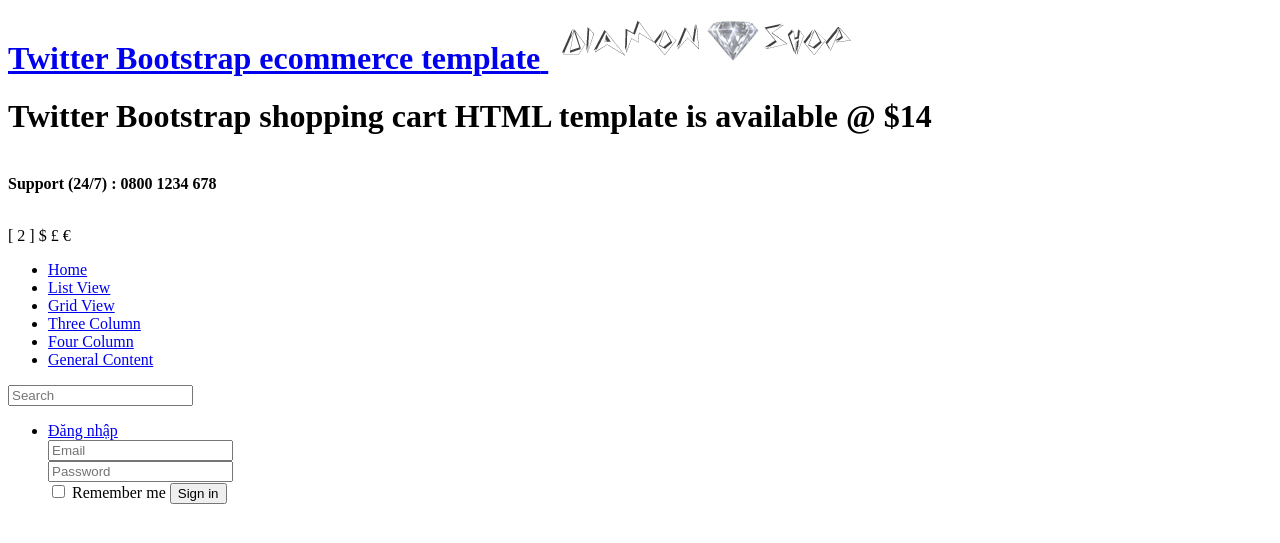
Repository: thanhcong246/web-spring
Page: http://localhost/shopbanhang/WEB-INF/views/layouts/user/header.jsp
The author's editor kept a copy of each file at every save. The page is drawn from the files as they stood at one save, then again after the next save.
The browser window is 1280 px wide. The pictures show the whole page.
The page is served by Tomcat 9. Nobody is signed in. The template is opened directly, without the code that normally fills it, so the values that code supplies are empty.

Above is the page before, as saved 2023-09-19 14:09:02.

After the next save:
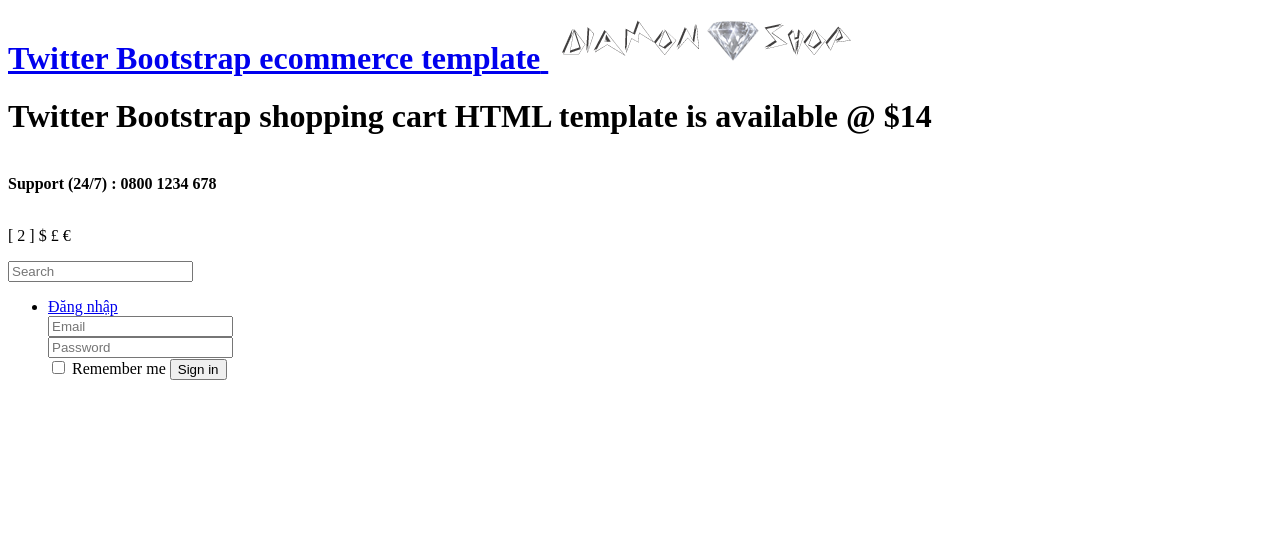
Saved 28 s later.
--- a/shopbanhang/src/main/webapp/WEB-INF/views/layouts/user/header.jsp
+++ b/shopbanhang/src/main/webapp/WEB-INF/views/layouts/user/header.jsp
@@ -52,13 +52,13 @@ Navigation Bar Section
 						<c:if test="${not index.first }">
 						<li class="">
 						</c:if>
-					</c:forEach>
-					 <li class="active"><a href="index.html">Home </a></li>
+						<li class="active"><a href="index.html">Home </a></li>
 						<li class=""><a href="list-view.html">List View</a></li>
 						<li class=""><a href="grid-view.html">Grid View</a></li>
 						<li class=""><a href="three-col.html">Three Column</a></li>
 						<li class=""><a href="four-col.html">Four Column</a></li>
 						<li class=""><a href="general.html">General Content</a></li>
+					</c:forEach>
 				</ul>
 				<form action="#" class="navbar-search pull-left">
 					<input type="text" placeholder="Search" class="search-query span2">
